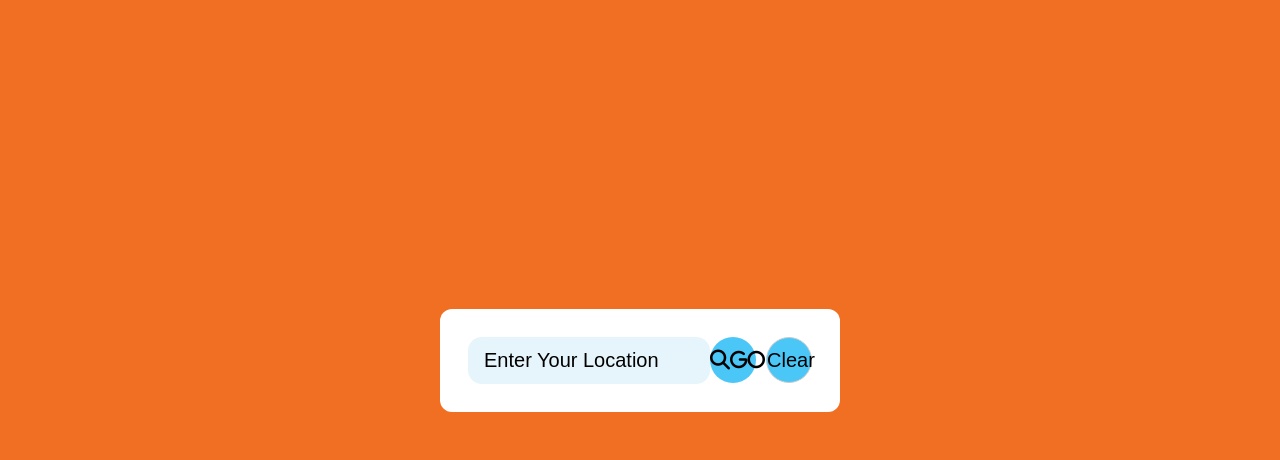
Repository: kapucuonur/weather-app
Page: index.html
These files come from the project's save history. The page is drawn as it stood at one moment and after the next save; the edit follows.
The browser window is 1280 px wide. The pictures show the whole page.
Some web libraries are served in a nearby version.

Above is the page before, as saved 2024-11-16 15:28:19.

### index.html
<!DOCTYPE html>
<html lang="en">
<head>
    <meta charset="UTF-8">
    <meta http-equiv="X-UA-Compatible" content="IE=edge">
    <meta name="viewport" content="width=device-width, initial-scale=1.0">
    <title>Weather App With JavaScript</title>
    <link rel="stylesheet" href="style.css">
</head>
<body>

    <div class="container">

        <div class="header">
            <div class="search-box">
                <input type="text" placeholder="Enter your location" class="input-box">
                <button class="fa-solid fa-magnifying-glass" id="searchBtn">Go</button>
                <!-- Clear button added here -->
                <button class="clear-btn" id="clearBtn">Clear</button>
            </div>

        </div>

        <div class="location-not-found">
            <h1>Sorry, Location not found!!!</h1>
            <img src="/assets/404.png" alt="404 Error">
        </div>

        <div class="weather-body">
            <img src="/assets/cloud.png" alt="Weather Image" class="weather-img">

            <div class="weather-box">
                <p class="temperature">0 <sup>°C</sup></p>
                <p class="description">light rain</p>
            </div>

            <div class="weather-details">
                <div class="humidity">
                    <i class="fa-sharp fa-solid fa-droplet"></i>
                    <div class="text">
                        <span id="humidity">45%</span>
                        <p>Humidity</p>
                    </div>
                </div>

                <div class="wind">
                    <i class="fa-solid fa-wind"></i>
                    <div class="text">
                        <span id="wind-speed">12Km/H</span>
                        <p>Wind Speed</p>
                    </div>
                </div>
            </div>
        </div>
    </div>


    <script src="script.js"></script>
    <script src="https://kit.fontawesome.com/595a890311.js" crossorigin="anonymous"></script>
</body>
</html>

### style.css
*{
    margin: 0;
    padding: 0;
    box-sizing: border-box;
    border: none;
    outline: none;
    font-family: sans-serif;
}

body{
    min-height: 100vh;
    display: flex;
    justify-content: center;
    align-items: center;
    background-color: #f16f23;
}

.container{
    width: 400px;
    height: min-content;
    background-color: #fff;
    border-radius: 12px;
    padding: 28px;
}

.search-box{
    width: 100%;
    height: min-content;
    display: flex;
    justify-content: space-between;
    align-items: center;
}

.search-box input{
    width: 84%;
    font-size: 20px;
    text-transform: capitalize;
    color: #000;
    background-color: #e6f5fb;
    padding: 12px 16px;
    border-radius: 14px;
}

.search-box input::placeholder{
    color: #000;
}
.clear-btn {
    width: 46px;
    height: 46px;
    background-color: #e6f5fb;
    border-radius: 50%;
    cursor: pointer;
    font-size: 20px;
    border: 1px solid #ccc;
    margin-left: 10px; /* Input kutusu ile arasında boşluk bırak */
}

.clear-btn:hover {
    color: #fff;
    background-color: #ababab;
}


.search-box button{
    width: 46px;
    height: 46px;
    background-color: #4ac6f7;
    border-radius: 50%;
    cursor: pointer;
    font-size: 20px;
}

.search-box button:hover{
    color: #fff;
    background-color: #f20c0c;
}

.weather-body{
    justify-content: center;
    align-items: center;
    flex-direction: column;
    margin-block: 20px;
    display: none;
}
.weather-body img{
    width: 60%;
}

.weather-box{
    margin-block: 20px;
    text-align: center;
}

.weather-box .temperature{
    font-size: 40px;
    font-weight: 800;
    position: relative;
}

.weather-box .temperature sup{
    font-size: 20px;
    position: absolute;
    font-weight: 600;
}

.weather-box .description{
    font-size: 20px;
    font-weight: 700;
    text-transform: capitalize;
}

.weather-details{
    width: 100%;
    display: flex;
    justify-content: space-between;
    margin-top: 30px;
}

.humidity, .wind{
    display: flex;
    align-items: center;
}

.humidity{
    margin-left: 20px;
}

.wind{
    margin-right: 20px;
}

.weather-details i{
    font-size: 36px;
}

.weather-details .text{
    margin-left: 10px;
    font-size: 16px;
}

.text span{
    font-size: 20px;
    font-weight: 700;
}

.location-not-found{
    margin-top: 20px;
    display: none;
    align-items: center;
    justify-content: center;
    flex-direction: column;
}

.location-not-found h1{
    font-size: 20px;
    color: #6b6b6b;
    margin-block-end: 15px;
}
.location-not-found img{
    width: 80%;
}

### script.js
const inputBox = document.querySelector('.input-box');
const searchBtn = document.getElementById('searchBtn');
const clearBtn = document.getElementById('clearBtn'); // Clear button element
const weather_img = document.querySelector('.weather-img');
const temperature = document.querySelector('.temperature');
const description = document.querySelector('.description');
const humidity = document.getElementById('humidity');
const wind_speed = document.getElementById('wind-speed');

const location_not_found = document.querySelector('.location-not-found');
const weather_body = document.querySelector('.weather-body');

async function checkWeather(city) {
    const api_key = "YOUR_API_KEY"; // Your API key
    const url = `https://api.openweathermap.org/data/2.5/weather?q=${city}&appid=${api_key}`;

    const weather_data = await fetch(`${url}`).then(response => response.json());

    if (weather_data.cod === "404") {
        location_not_found.style.display = "flex";
        weather_body.style.display = "none";
        console.log("Location not found");
        return;
    }

    location_not_found.style.display = "none";
    weather_body.style.display = "flex";

    // Update weather data
    temperature.innerHTML = `${Math.round(weather_data.main.temp - 273.15)}°C`;
    description.innerHTML = `${weather_data.weather[0].description}`;
    humidity.innerHTML = `${weather_data.main.humidity}%`;
    wind_speed.innerHTML = `${weather_data.wind.speed} Km/H`;

    // Set the weather image based on the condition
    switch (weather_data.weather[0].main) {
        case 'Clouds':
            weather_img.src = "/assets/cloud.png";
            break;
        case 'Clear':
            weather_img.src = "/assets/clear.png";
            break;
        case 'Rain':
            weather_img.src = "/assets/rain.png";
            break;
        case 'Mist':
            weather_img.src = "/assets/mist.png";
            break;
        case 'Snow':
            weather_img.src = "/assets/snow.png";
            break;
    }
}

// Search button event listener
searchBtn.addEventListener('click', () => {
    checkWeather(inputBox.value);
});

// Clear button event listener
clearBtn.addEventListener('click', () => {
    inputBox.value = ''; // Clear the input box
    location_not_found.style.display = "none"; // Hide the "location not found" message
    weather_body.style.display = "none"; // Hide the weather details
});

After the next save:
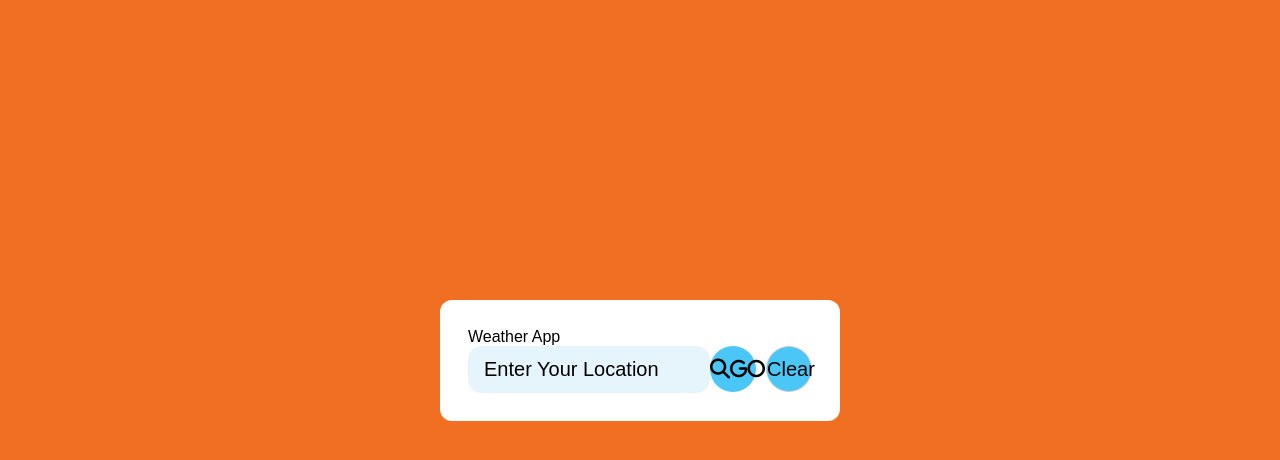
Saved 2 min 33 s later.
--- a/index.html
+++ b/index.html
@@ -10,7 +10,7 @@
 <body>
 
     <div class="container">
-
+        <p>Weather App</p>
         <div class="header">
             <div class="search-box">
                 <input type="text" placeholder="Enter your location" class="input-box">
